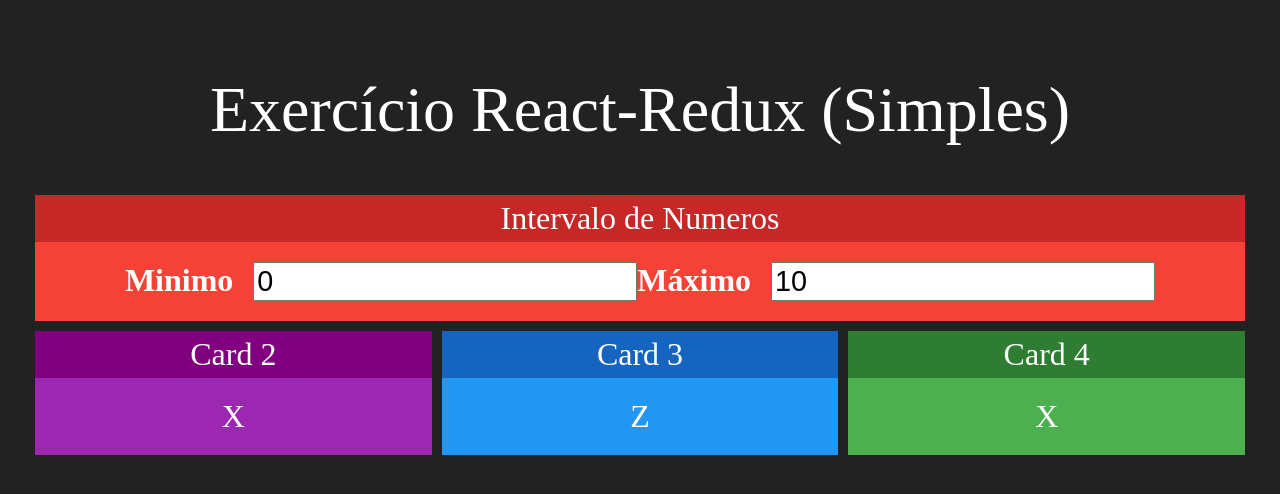
Repository: eversonps/redux-simples
Page: /
An editor plug-in stored every save of this project. The page is shown before and after the next save, followed by the edit.
The browser window is 1280 px wide. The pictures show the whole page.
The project was rebuilt for these pictures with package versions that can differ from the ones it lists, and the page was loaded fresh each time.

Above is the page before, as saved 2022-03-11 12:57:09.

### src/index.css
body{
  background-color: #222;
  font-size: 2rem;
  color: #fff;
  margin: 30px;
}

### src/App.js
import logo from './logo.svg';
import './App.css';
import Card from './components/Card';
import Intervalo from './components/Intervalo';

function App() {
  return (
    <div className="App">
      <h1>Exercício React-Redux (Simples)</h1>
      <div className='linha'>
        <Intervalo title="Card 1" red>X</Intervalo>
      </div>
      <div className='linha'>
        <Card title="Card 2" purple>X</Card>
        <Card title="Card 3" blue>Z</Card>
        <Card title="Card 4" green>X</Card>
      </div>
    </div>
  );
}

export default App;

### src/App.css
.App{
  display: flex;
  flex-direction: column;
  text-align: center;
}

h1{
  font-weight: 200;
}

.linha{
  display: flex;
}

### src/components/Card.jsx
import "./Card.css"
import React from "react"

function getColor(props){
    if(props.red) return "Red"
    if(props.green) return "Green"
    if(props.blue) return "Blue"
    if(props.purple) return "Purple"
    return ""
}

export default props => (
    <div className={`Card ${getColor(props)}`}>
        <div className="Header">
            <span className="Title">{props.title}</span>
        </div>
        <div className="Content">
            {props.children}
        </div>
    </div>
)

### src/components/Intervalo.jsx
import "./Intervalo.css"
import React from "react"
import Card from "./Card"

export default props => {
    return (
        <Card title="Intervalo de Numeros" red>
            <div className="Intervalo">
                <span>
                    <strong>Minimo</strong>
                    <input type="number" value={0} readOnly/>
                </span>

                <span>
                    <strong>Máximo</strong>
                    <input type="number" value={10} readOnly/>
                </span>
            </div>
        </Card>
    )
}

### src/components/Card.css
.Card{
    flex: 1;
    display: flex;
    flex-direction: column;
    margin: 5px;
}

.Card .Header{
    display: flex;
    justify-content: center;
}

.Card .Header .Title{
    flex: 1;
    padding: 5px;
}

.Card .Content{
    padding: 20px;
}

.Card.Red .Header{ color: #FFF; background-color: #c62828;}
.Card.Red .Content{background-color: #f44336;}

.Card.Green .Header{ color: #FFF; background-color: #2e7d32;}
.Card.Green .Content{background-color: #4caf50;}

.Card.Blue .Header{ color: #FFF; background-color: #1565c0;}
.Card.Blue .Content{background-color: #2196f3;}

.Card.Purple .Header{ color: #FFF; background-color: purple;}
.Card.Purple .Content{background-color: #9c27b0;}

### src/components/Intervalo.css
.Intervalo input {
    font-size: 1.8rem;
    margin-left: 20px;
}

Loaded but not shown: public/index.html (common file); src/index.js (common file); src/reportWebVitals.js (common file)

After the next save:
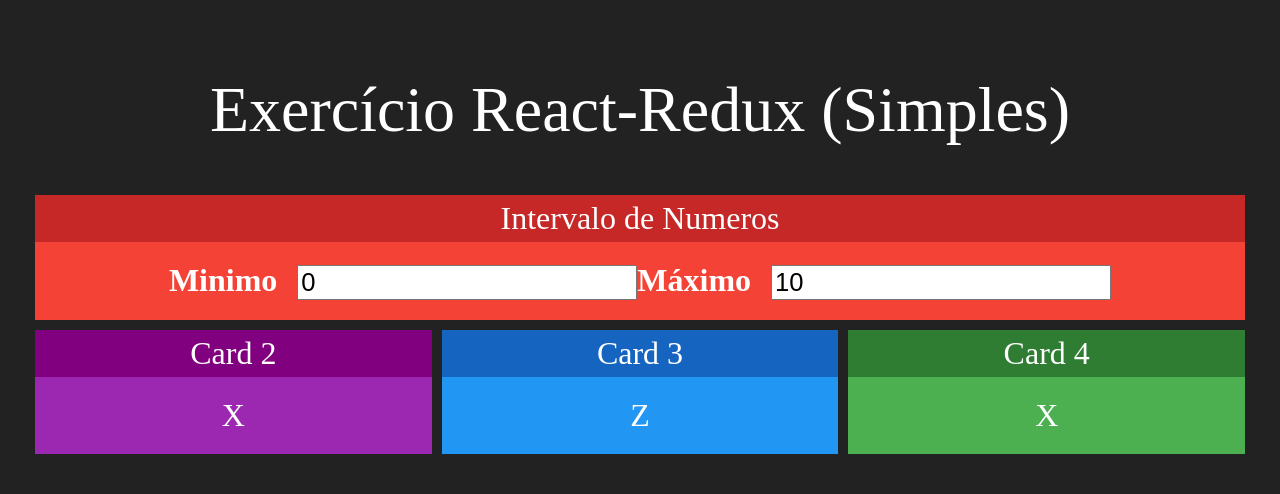
Saved 12 s later.
--- a/src/components/Intervalo.css
+++ b/src/components/Intervalo.css
@@ -1,4 +1,4 @@
 .Intervalo input {
-    font-size: 1.8rem;
+    font-size: 1.6rem;
     margin-left: 20px;
 }
